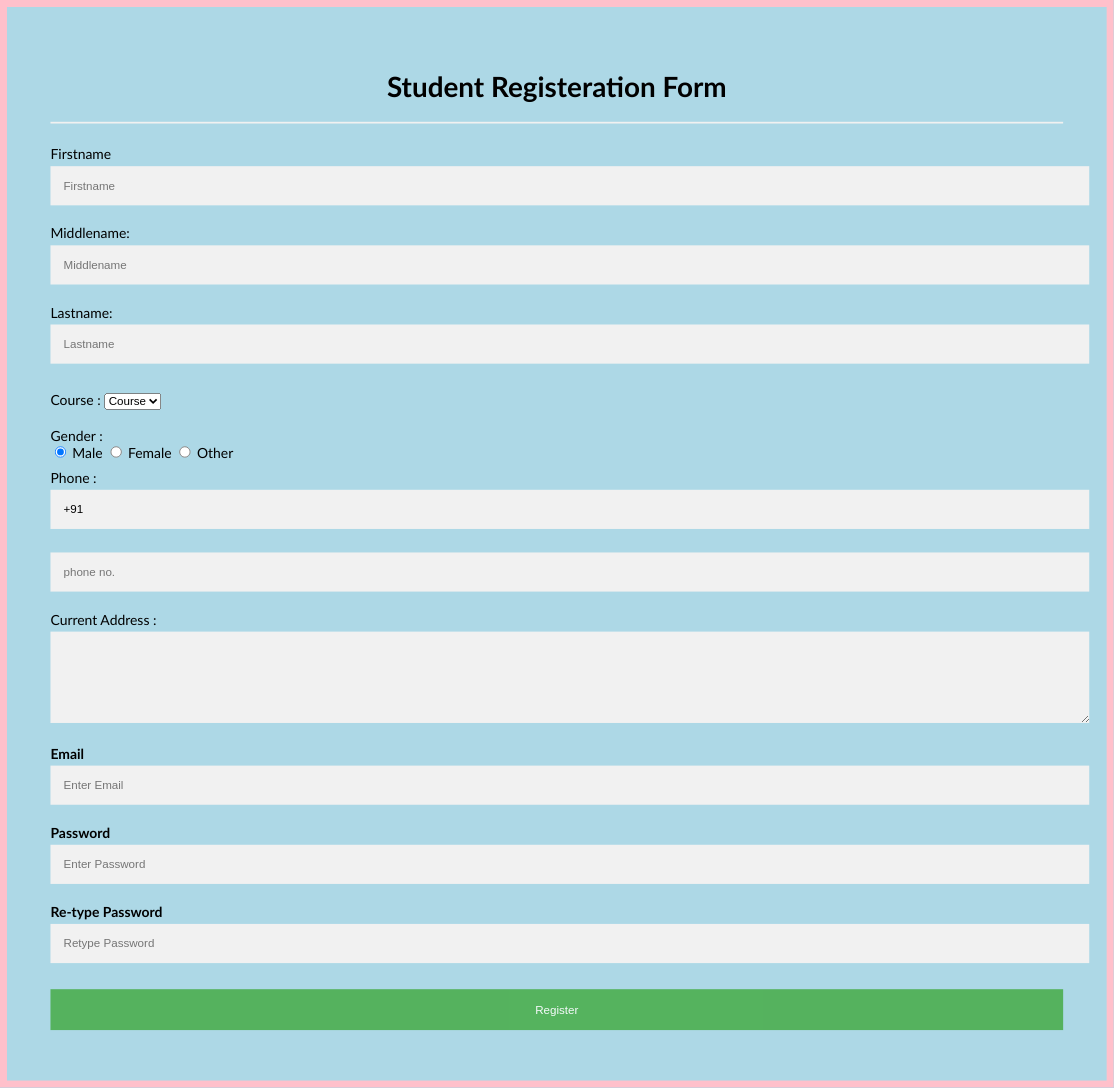
Repository: Shreya200012/FoodBox
Page: foodWeb/src/main/webapp/register.html
An editor plug-in stored every save of this project. The page is shown before and after the next save, followed by the edit.
The browser window is 1280 px wide. The pictures show the whole page, at 87% of full size.

Above is the page before, as saved 2022-06-12 12:51:49.

After the next save:
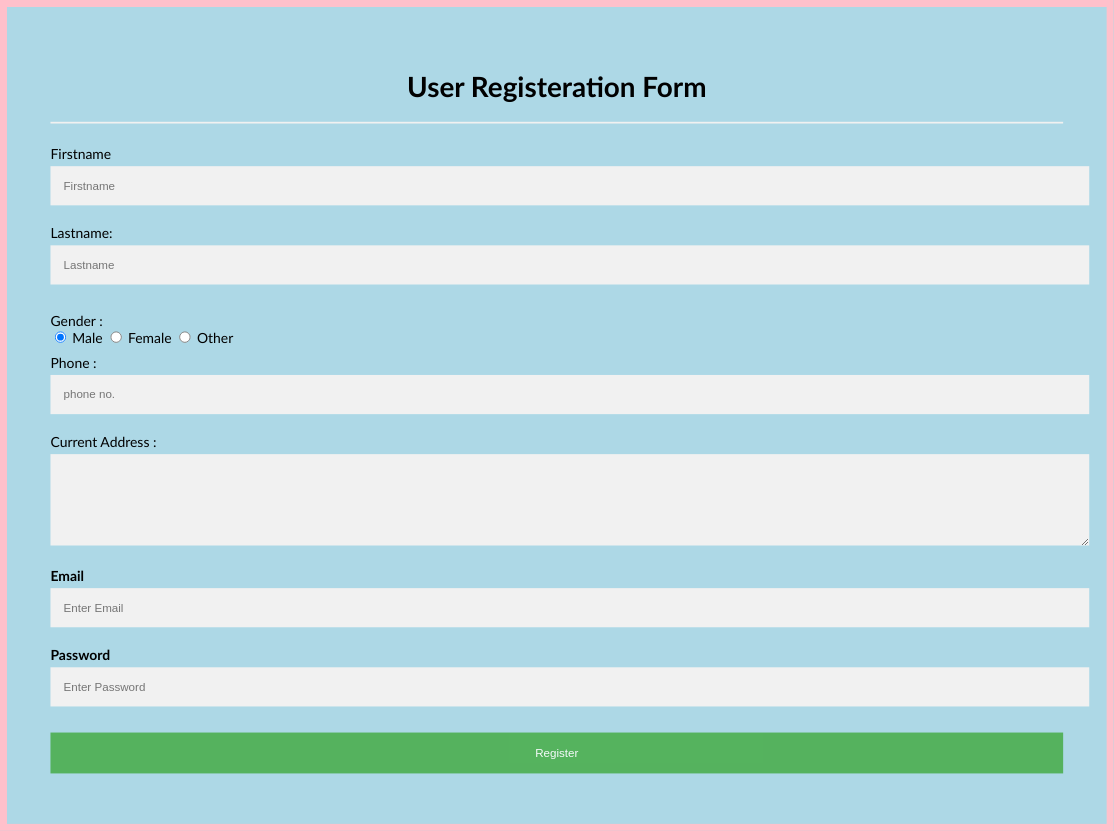
Saved 117 s later.
--- a/foodWeb/src/main/webapp/register.html
+++ b/foodWeb/src/main/webapp/register.html
@@ -49,29 +49,13 @@ hr {
 <body>
 <form>
   <div class="container">
-  <center>  <h1> Student Registeration Form</h1> </center>
+  <center>  <h1> User Registeration Form</h1> </center>
   <hr>
   <label> Firstname </label>
 <input type="text" name="firstname" placeholder= "Firstname" size="15" required />
-<label> Middlename: </label>
-<input type="text" name="middlename" placeholder="Middlename" size="15" required />
 <label> Lastname: </label>
 <input type="text" name="lastname" placeholder="Lastname" size="15"required />
-<div>
-<label>
-Course :
-</label>
 
-<select>
-<option value="Course">Course</option>
-<option value="BCA">BCA</option>
-<option value="BBA">BBA</option>
-<option value="B.Tech">B.Tech</option>
-<option value="MBA">MBA</option>
-<option value="MCA">MCA</option>
-<option value="M.Tech">M.Tech</option>
-</select>
-</div>
 <div>
 <label>
 Gender :
@@ -79,12 +63,10 @@ Gender :
 <input type="radio" value="Male" name="gender" checked > Male
 <input type="radio" value="Female" name="gender"> Female
 <input type="radio" value="Other" name="gender"> Other
-
 </div>
 <label>
 Phone :
 </label>
-<input type="text" name="country code" placeholder="Country Code"  value="+91" size="2"/>
 <input type="text" name="phone" placeholder="phone no." size="10"/ required>
 Current Address :
 <textarea cols="80" rows="5" placeholder="Current Address" value="address" required>
@@ -95,8 +77,6 @@ Current Address :
     <label for="psw"><b>Password</b></label>
     <input type="password" placeholder="Enter Password" name="psw" required>
 
-    <label for="psw-repeat"><b>Re-type Password</b></label>
-    <input type="password" placeholder="Retype Password" name="psw-repeat" required>
     <button type="submit" class="registerbtn">Register</button>
 </form>
 </body>
